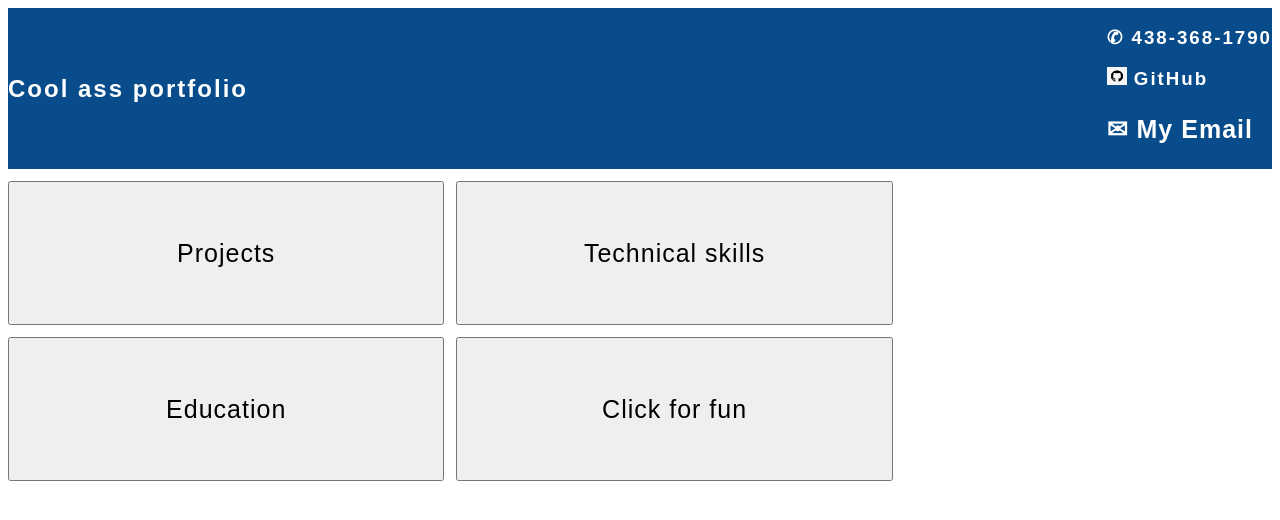
Repository: zackaroo20/zackaroo20
Page: index.html
The author's editor kept a copy of each file at every save. The page is drawn from the files as they stood at one save, then again after the next save.
The browser window is 1280 px wide. The pictures show the whole page.

Above is the page before, as saved 2026-05-12 13:44:07.

After the next save:
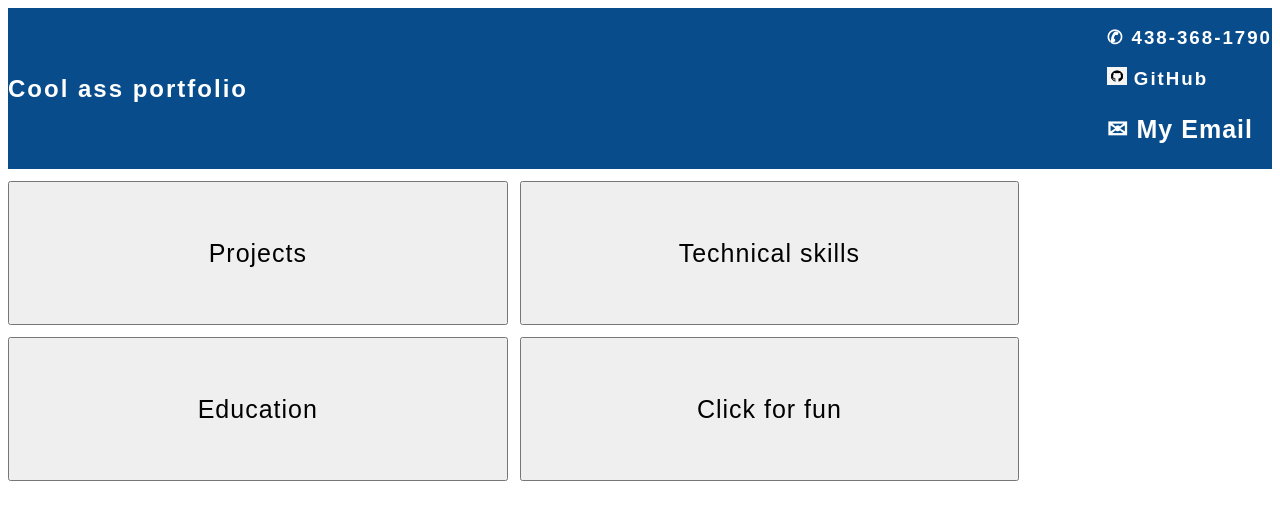
Saved 2 min 1 s later.
--- a/styles/index.css
+++ b/styles/index.css
@@ -7,7 +7,7 @@
   head {
     /* custom styles */
 
-    max-width: 70%;
+    max-width: 80%;
   }
 }
 
